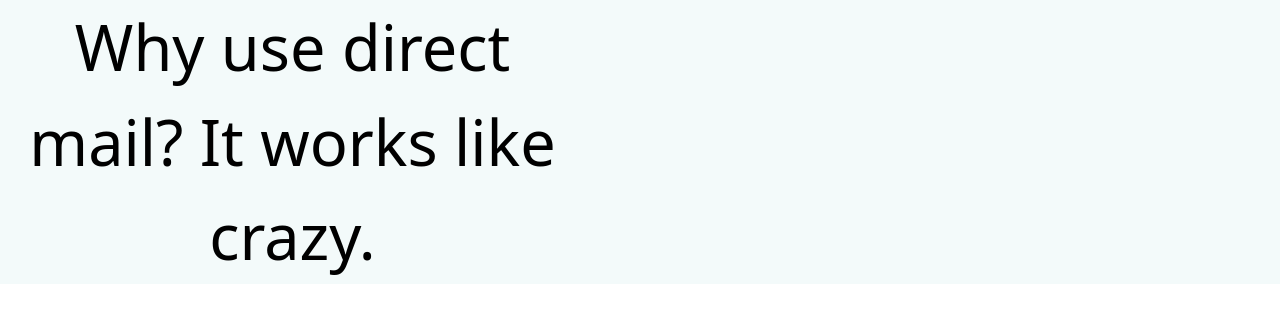
Repository: trusha97/postpilot
Page: mailsende.html
These files come from the project's save history. The page is drawn as it stood at one moment and after a run of saves; the edit follows.
The browser window is 1280 px wide. The pictures show the whole page.
Some web libraries are served in a nearby version.

Above is the page before, as saved 2025-05-21 11:31:44.

### mailsende.html
<!DOCTYPE html>
<html lang="en">

<head>
    <meta charset="UTF-8" />
    <meta name="viewport" content="width=device-width, initial-scale=1.0" />
    <title>mail send</title>
    <!-- Tailwind CSS CDN -->
    <script src="https://cdn.tailwindcss.com"></script>
</head>

<body>
    <div class="bg-[#F3FAFA]">
        <div>
            <p class="text-[63px] max-w-[585px] text-center">Why use direct mail?
                It works like crazy.</p>
        </div>
    </div>
</body>

</html>

After the next 2 saves:
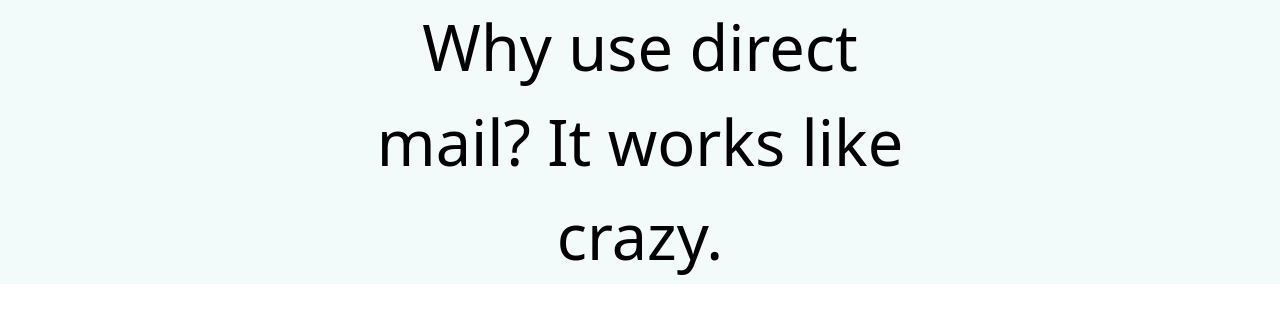
The 2 saves are shown as one change because they came seconds apart.
The last was saved 12 s later.
--- a/mailsende.html
+++ b/mailsende.html
@@ -12,7 +12,7 @@
 <body>
     <div class="bg-[#F3FAFA]">
         <div>
-            <p class="text-[63px] max-w-[585px] text-center">Why use direct mail?
+            <p class="text-[63px] max-w-[585px] text-center mx-auto">Why use direct mail?
                 It works like crazy.</p>
         </div>
     </div>
